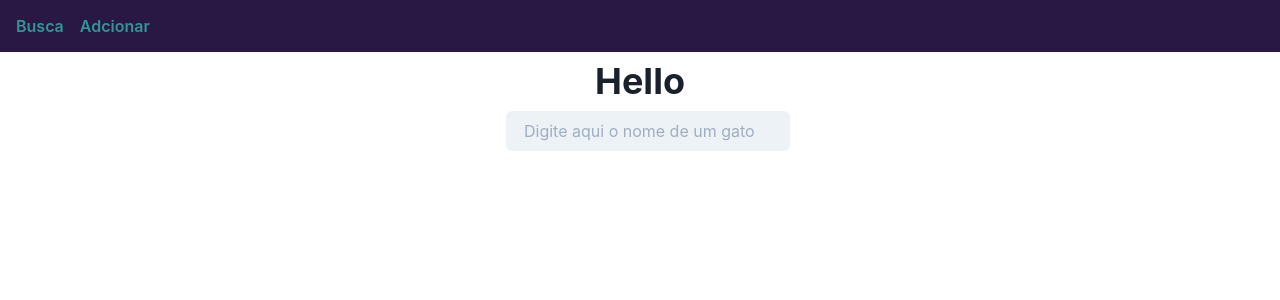
Repository: thislucasme/front-end-cats-react.js
Page: /buscar-gatos
An editor plug-in stored every save of this project. The page is shown before and after the next save, followed by the edit.
The browser window is 1280 px wide. The pictures show the whole page.
The page's requests for data from a server got no answer. The project was rebuilt for these pictures with package versions that can differ from the ones it lists, and the page was loaded fresh each time. No one was signed in, and anything a server would have sent is missing. Also part of the build but not shown: src/components/lista.gatos.tsx, src/pages/cadastro.gatos.tsx.

Above is the page before, as saved 2021-10-27 16:06:54.

### src/index.tsx
import { ColorModeScript } from "@chakra-ui/react"
import * as React from "react"
import ReactDOM from "react-dom"
import { App } from "./App"
import reportWebVitals from "./reportWebVitals"
import * as serviceWorker from "./serviceWorker"
import { ChakraProvider, theme } from '@chakra-ui/react'

ReactDOM.render(
  <React.StrictMode>
    <ColorModeScript />
    <ChakraProvider theme={theme}>
      <App />
    </ChakraProvider>
  </React.StrictMode>,
  document.getElementById("root"),
)

// If you want your app to work offline and load faster, you can change
// unregister() to register() below. Note this comes with some pitfalls.
// Learn more about service workers: https://cra.link/PWA
serviceWorker.unregister()

// If you want to start measuring performance in your app, pass a function
// to log results (for example: reportWebVitals(console.log))
// or send to an analytics endpoint. Learn more: https://bit.ly/CRA-vitals
reportWebVitals()

### src/App.tsx
import React from "react";
import { Cadastro } from "./pages/cadastro.gatos";
import { BrowserRouter, Switch, Route } from "react-router-dom";
import { Busca } from "./pages/busca.gatos";


export const App: React.FC = () => {
  return (
    <BrowserRouter>
      <Switch>
        <Route exact path={'/cadastro'} component={Cadastro} />
        <Route exact path={'/buscar-gatos'} component={Busca} />
      </Switch>
    </BrowserRouter>
  );
}

### src/pages/busca.gatos.tsx
import { Center, Flex, Heading, Input, Spacer, VStack } from "@chakra-ui/react";
import React, { useState } from "react";
import { Menu } from "../components/menu";
import { useGato } from "../hooks/gato.hooks";
export const Busca = () => {

	const [campoBusca, setCampoBusca] = useState("");

	//hook personalizado
	const { cats, isError } = useGato(campoBusca);

	return (
		<Center>
			<VStack w="full">
				<Menu />
				<VStack w="50%">
					<Heading>Hello</Heading>
					<Flex>
						<Spacer />
						<Input ml={4} value={campoBusca} onChange={(e) => { setCampoBusca(e.target.value) }} variant="filled" placeholder="Digite aqui o nome de um gato" />
					</Flex>
				</VStack>
			</VStack>
		</Center>
	);
}

### src/components/menu.tsx
import { Box, Button, Flex, Spacer } from "@chakra-ui/react";
import React from "react";
export const Menu = () => {
	return (
		<>
			<Flex p={4} bg={"#291744"} w={"full"}>
				<Button mr={4} colorScheme="teal" variant="link">
					Busca
				</Button>
				<Button mr={4} colorScheme="teal" variant="link">
					Adcionar
				</Button>
			</Flex>
		</>
	);
}

### src/hooks/gato.hooks.ts
import axios from "axios";
import useSWR from "swr";

export const useGato = (nome: string) => {
	const apiRequest = (url: string) => axios.get(url).then(response => response.data);

	const { data, error } = useSWR('http://localhost:3000/cats/' + nome, apiRequest);

	return {
		cats: data,
		isError: error
	}
}

Loaded but not shown: public/index.html (common file); src/reportWebVitals.ts (common file); src/serviceWorker.ts (common file)

After the next save:
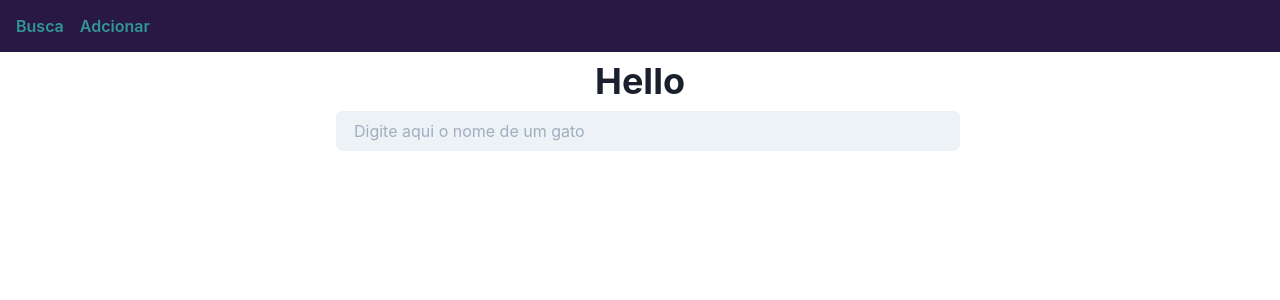
Saved 27 s later.
--- a/src/pages/busca.gatos.tsx
+++ b/src/pages/busca.gatos.tsx
@@ -15,7 +15,7 @@ export const Busca = () => {
 				<Menu />
 				<VStack w="50%">
 					<Heading>Hello</Heading>
-					<Flex>
+					<Flex w="full">
 						<Spacer />
 						<Input ml={4} value={campoBusca} onChange={(e) => { setCampoBusca(e.target.value) }} variant="filled" placeholder="Digite aqui o nome de um gato" />
 					</Flex>
